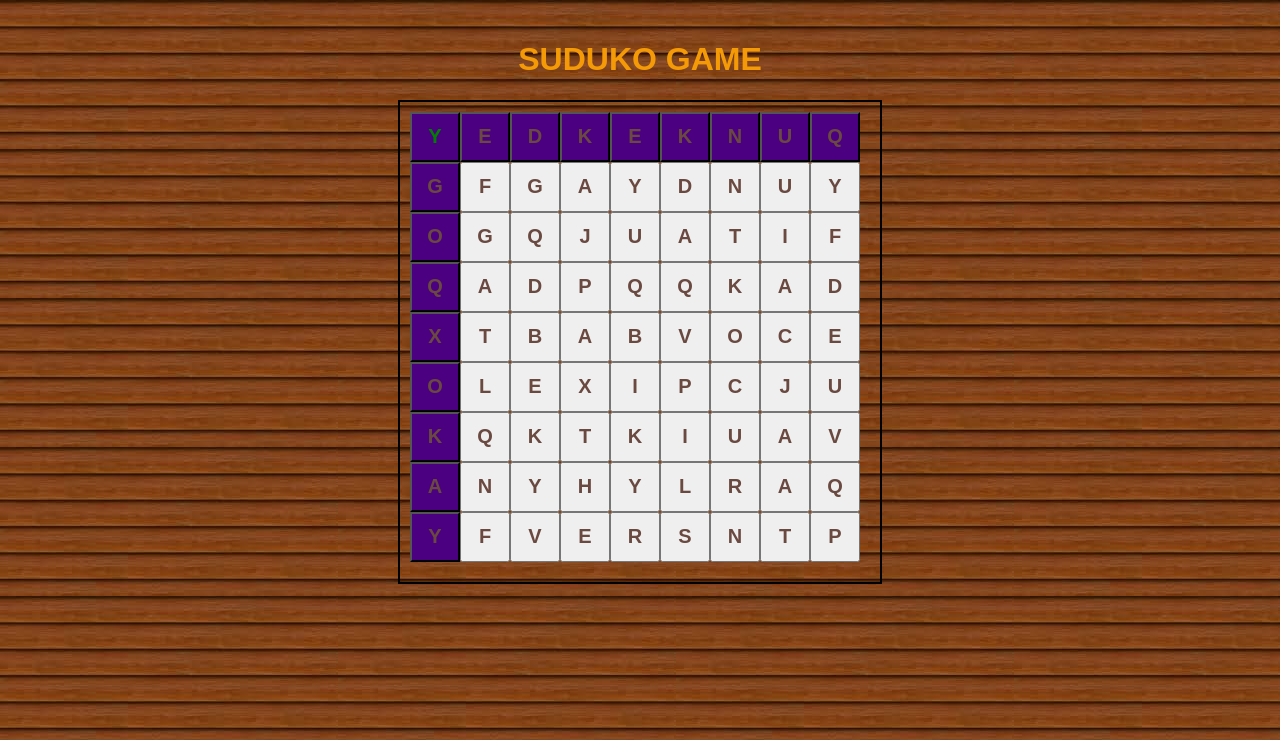
Repository: ahmad8969/Suduko-Game-React-App
Page: /, after clicking the first element matching `#\30 0`
These files come from the project's save history. The page is drawn as it stood at one moment and after the next save; the edit follows.
The browser window is 1280 px wide. The pictures show the whole page.
Some web fonts or font styles are not loaded; a fallback is used. The project was rebuilt for these pictures with package versions that can differ from the ones it lists, and the page was loaded fresh each time.

Above is the page before, as saved 2021-03-04 18:56:03.

After the next save:
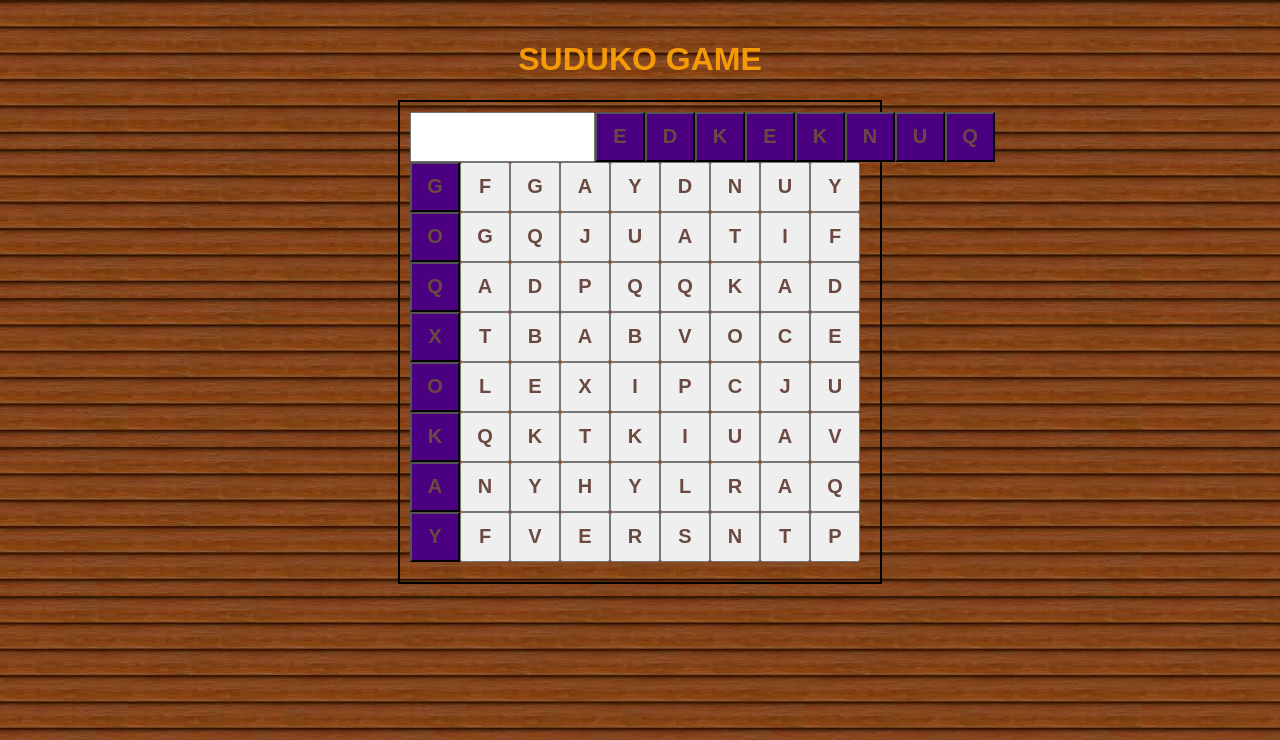
Saved 61 s later.
--- a/src/components/block.js
+++ b/src/components/block.js
@@ -14,7 +14,7 @@ const Block = (props)=>{
 
     }
     if(isClicked){
-        <input type="text"/>
+        return <input type="text"/>;
     }
 
 return(
